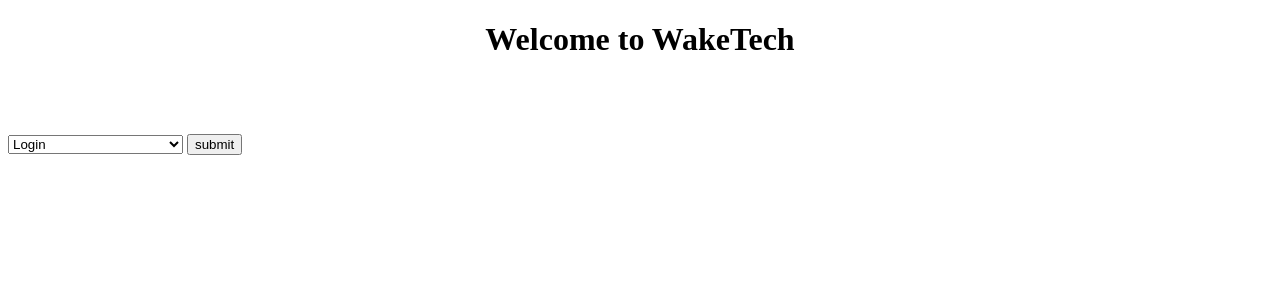
Repository: weshayutin/java258Online
Page: http://localhost/Week5Assignment/menu.jsp
The author's editor kept a copy of each file at every save. The page is drawn from the files as they stood at one save, then again after the next save.
The browser window is 1280 px wide. The pictures show the whole page.
The page is served by Tomcat 9.

Above is the page before, as saved 2011-02-13 23:51:58.

After the next save:
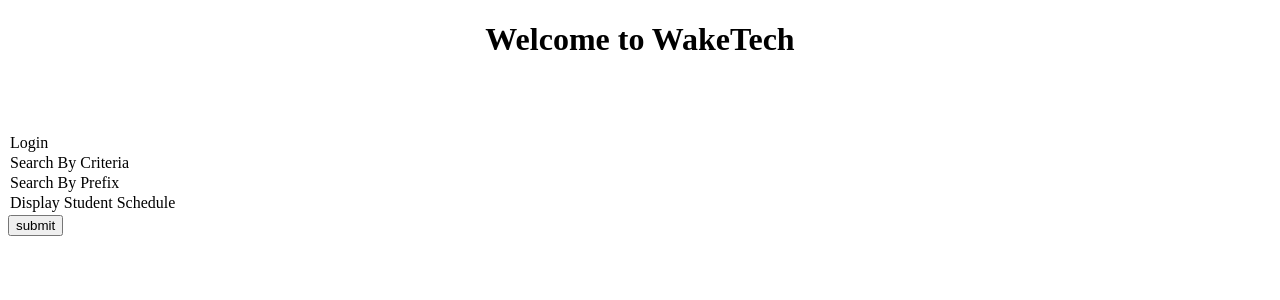
Saved 7 s later.
--- a/workspace/Week5Assignment/WebContent/menu.jsp
+++ b/workspace/Week5Assignment/WebContent/menu.jsp
@@ -11,7 +11,6 @@
 <br><br><br>
 
 <form method="post" action="schedule.do?referer=value">
- <select name=referer>
   <option value="login">Login</option>
   <option value="classcriteria">Search By Criteria</option>
   <option value="classdisplay">Search By Prefix</option>

After the save that followed:
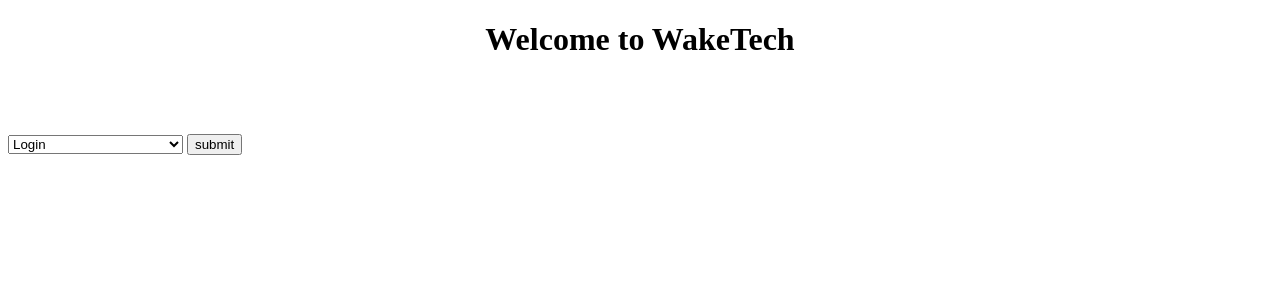
Saved 11 s later.
--- a/workspace/Week5Assignment/WebContent/menu.jsp
+++ b/workspace/Week5Assignment/WebContent/menu.jsp
@@ -11,6 +11,7 @@
 <br><br><br>
 
 <form method="post" action="schedule.do?referer=value">
+ <select name=referer>
   <option value="login">Login</option>
   <option value="classcriteria">Search By Criteria</option>
   <option value="classdisplay">Search By Prefix</option>
